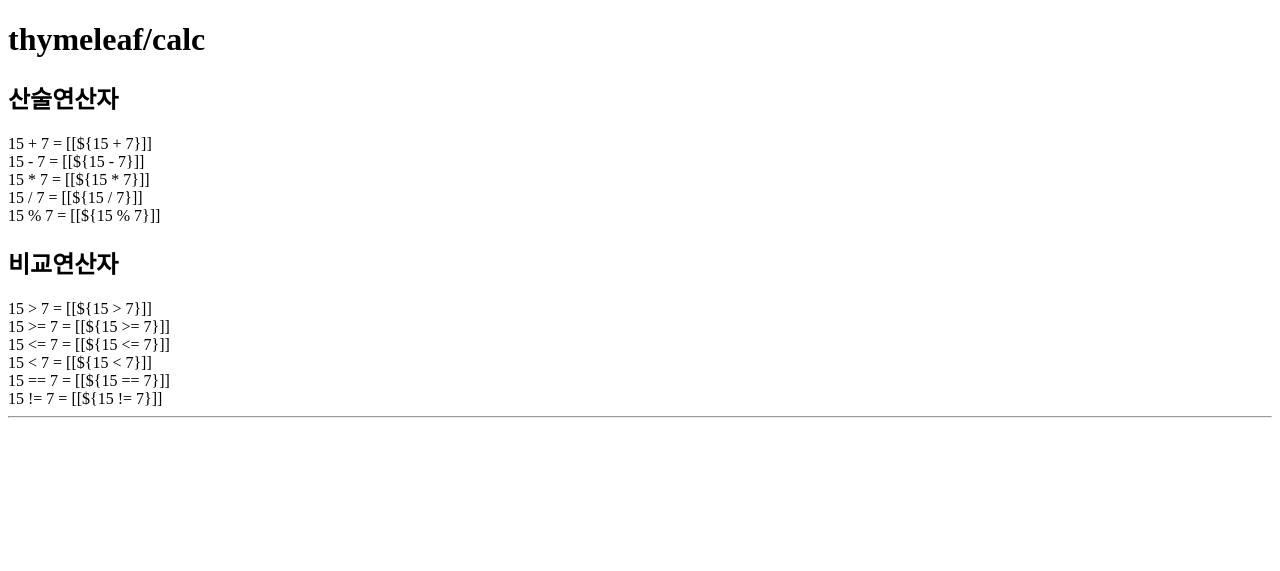
Repository: Yousehyeon/spring_work
Page: stsMvcProj/src/main/java/aaa/service/lalala.html
An editor plug-in stored every save of this project. The page is shown before and after the next save, followed by the edit.
The browser window is 1280 px wide. The pictures show the whole page.

Above is the page before, as saved 2023-08-22 05:54:26.

After the next save:
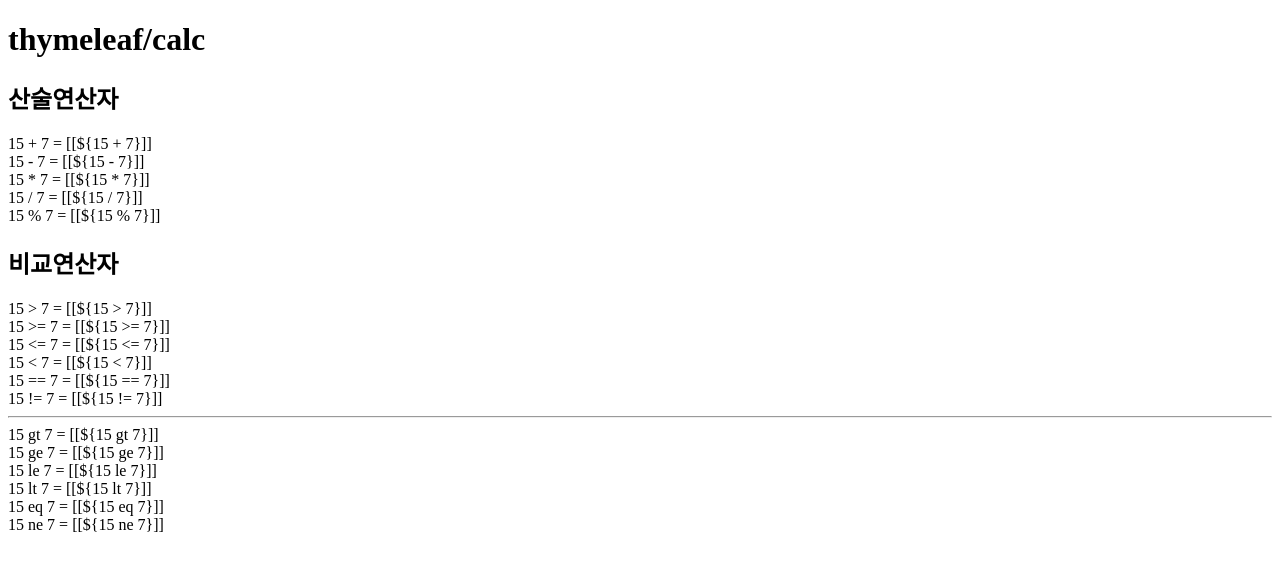
Saved 45 s later.
--- a/stsMvcProj/src/main/java/aaa/service/lalala.html
+++ b/stsMvcProj/src/main/java/aaa/service/lalala.html
@@ -20,6 +20,11 @@
 15 == 7 = [[${15 == 7}]]<br/>
 15 != 7 = [[${15 != 7}]]<br/>
 <hr>
-
+15 gt 7 = [[${15 gt 7}]]<br/>
+15 ge 7 = [[${15 ge 7}]]<br/>
+15 le 7 = [[${15 le 7}]]<br/>
+15 lt 7 = [[${15 lt 7}]]<br/>
+15 eq 7 = [[${15 eq 7}]]<br/>
+15 ne 7 = [[${15 ne 7}]]<br/>
 </body>
 </html>
